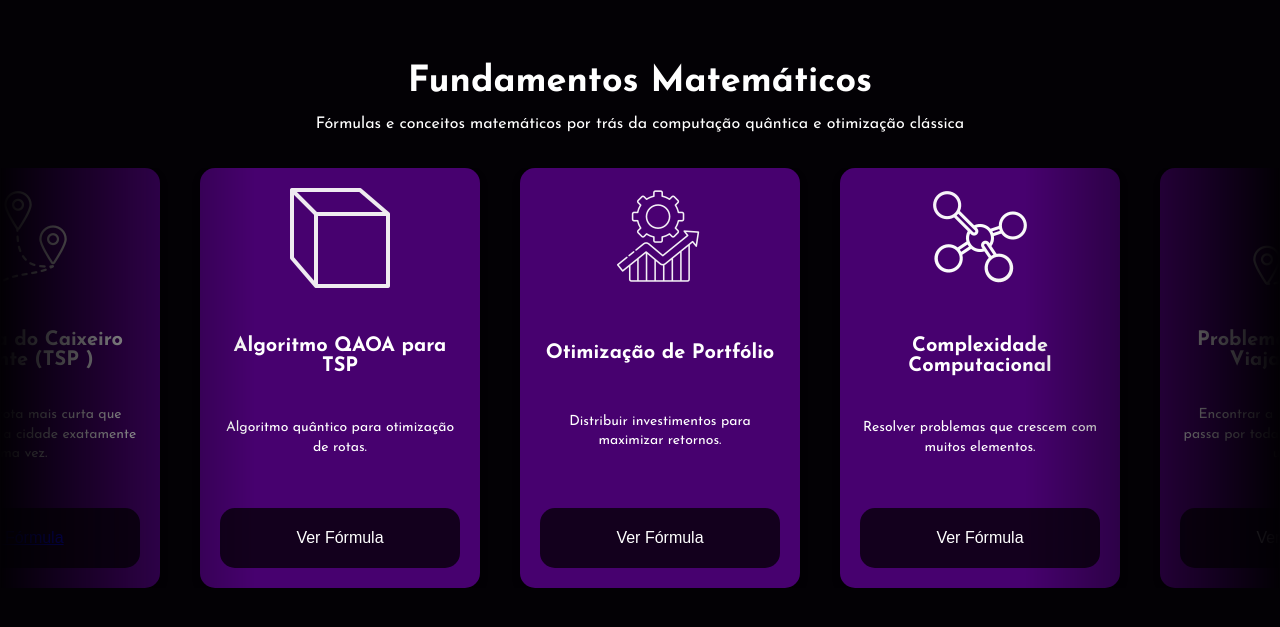
Repository: Everson9/Projeto-de-escalabilidade-quantica-definitivo
Page: fundamentos.html
An editor plug-in stored every save of this project. The page is shown before and after a run of saves, followed by the edit.
The browser window is 1280 px wide. The pictures show the whole page.

Above is the page before, as saved 2025-10-01 11:43:42.

After the next 4 saves:
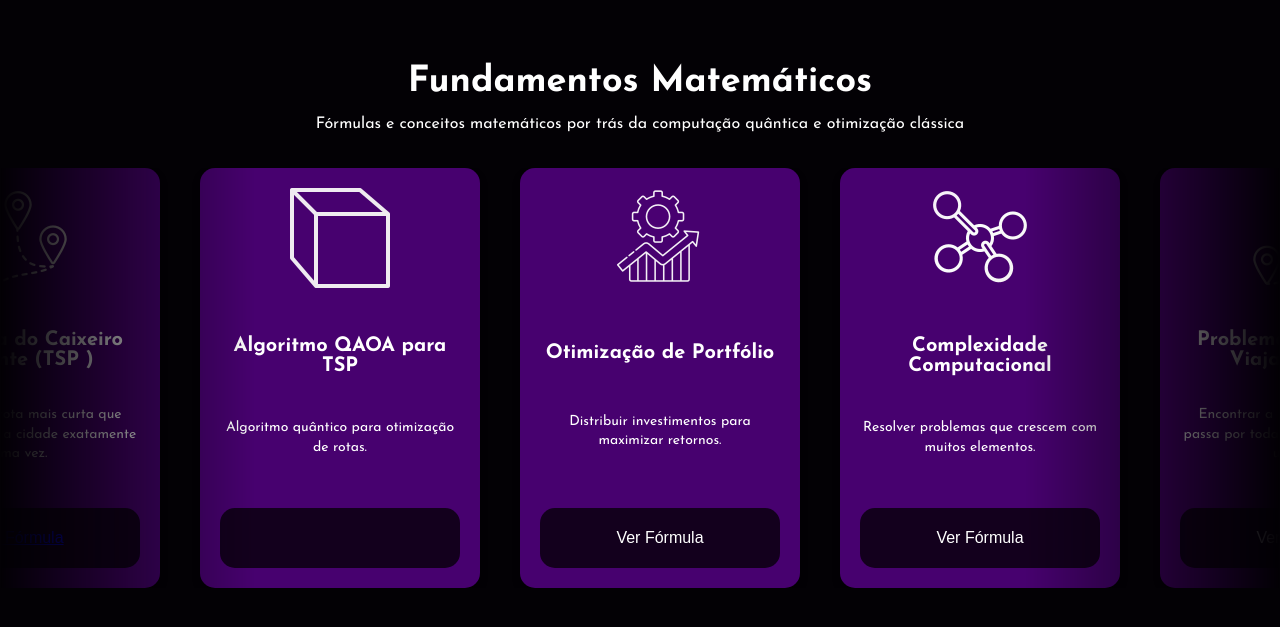
The 4 saves are shown as one change because they came seconds apart.
The last was saved 10 s later.
--- a/fundamentos.html
+++ b/fundamentos.html
@@ -28,7 +28,7 @@
                 <img src="imgs_icones/QAOA.png" alt="Ícone do Algoritmo QAOA">
                 <h4>Algoritmo QAOA para TSP</h4>
                 <p>Algoritmo quântico para otimização de rotas.</p>
-                <button class="button">Ver Fórmula</button>
+                <button class="button"><a href="AlgoritmoQAOA.html"></a></button>
             </div>
             <div class="formula_1">
                 <img src="imgs_icones/OtimizacaoPortfolio.png" alt="Ícone de Otimização de Portfólio">
